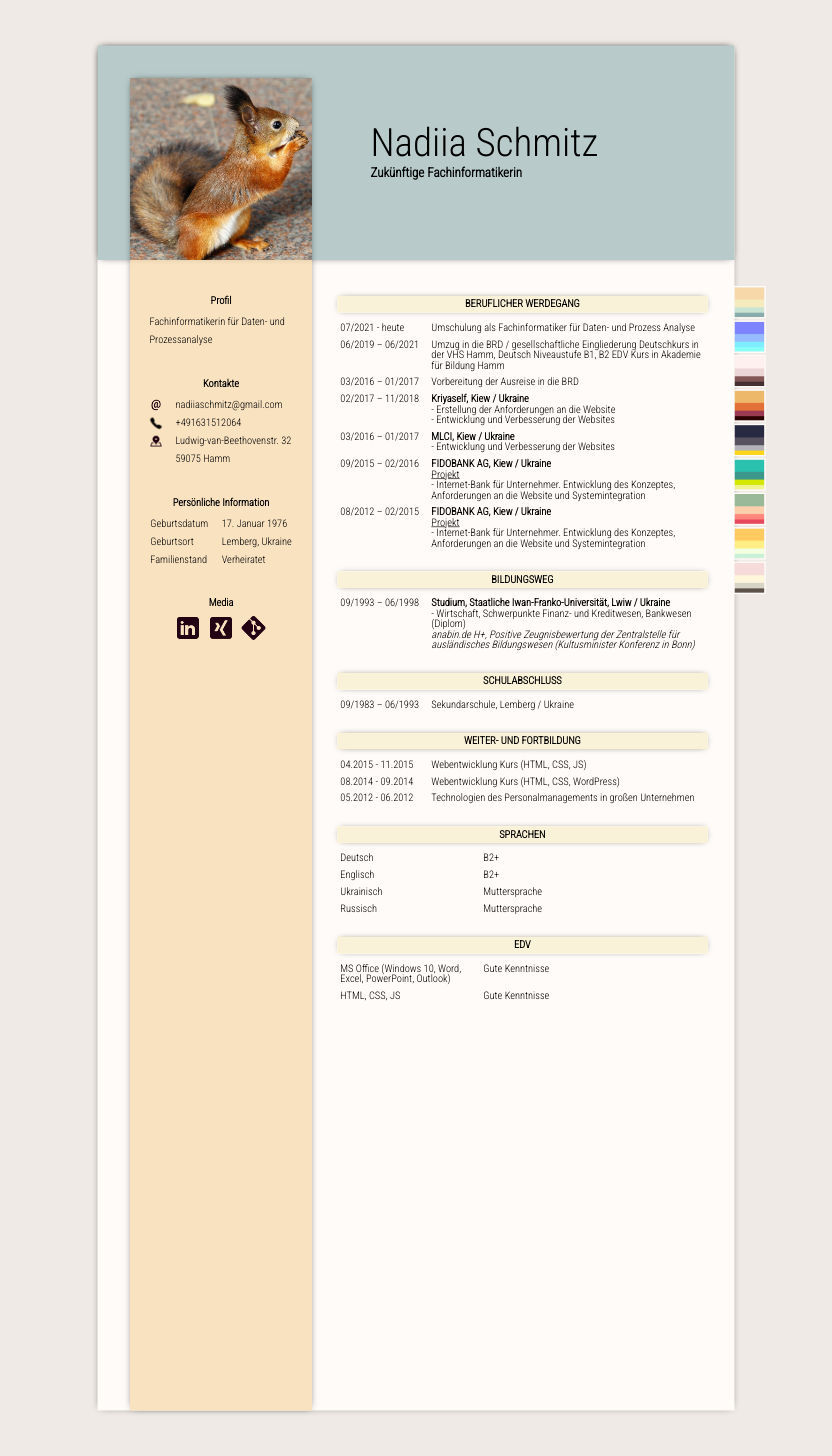
Repository: NadiaSchmitz/lebenslauf.nschmitz.githab.io
Page: index.html
The author's editor kept a record of every edit. The page is drawn from the files as they stood at one moment, then again after the next edit.
The browser window is 1280 px wide. The pictures show the whole page, at 65% of full size.

Above is the page before.

### index.html
<!DOCTYPE html>
<html>

<head>
  <meta charset="utf-8" />
  <title>Lebenslauf Nadiia Schmitz</title>
  <link rel="stylesheet" href="./styles/reset.css" type="text/css" />
  <link rel="stylesheet" href="./styles/style.css" type="text/css" />
  <link rel="stylesheet" href="./styles/icons.css" type="text/css" />
  <meta name="viewport" content="width=device-width, initial-scale=1.0">
  <link rel="preconnect" href="https://fonts.googleapis.com">
  <link rel="preconnect" href="https://fonts.gstatic.com" crossorigin>
  <link href="https://fonts.googleapis.com/css2?family=Roboto+Condensed:wght@300&display=swap" rel="stylesheet">
  <link rel="shortcut icon" href="images/favicon.png" type="image/x-icon">
  <script src="https://ajax.googleapis.com/ajax/libs/jquery/2.2.0/jquery.min.js"></script>
  <script type="text/javascript" src="./js/colors.js"></script>
</head>

<body>
  <section class="wrapper">
    <section class="inner_wrapper">
      <div class="content_wrapper">
        <header class="header">
          <div class="header_text">
            <h1>Nadiia Schmitz</h1>
            <h2>Zukünftige Fachinformatikerin</h2>
          </div>
        </header>
        <div class="color_schema_buttons_wrapper">
          <div id="pistachios" class="color_schema_button pistachios" title="pistachios"></div>
          <div id="sea" class="color_schema_button sea" title="sea"></div>
          <div id="cappuchino" class="color_schema_button cappuchino" title="cappuchino"></div>
          <div id="autumn" class="color_schema_button autumn" title="autumn"></div>
          <div id="bvb" class="color_schema_button bvb" title="bvb"></div>
          <div id="lime" class="color_schema_button lime" title="lime"></div>
          <div id="summer" class="color_schema_button summer" title="summer"></div>
          <div id="sun" class="color_schema_button sun" title="sun"></div>
          <div id="pastel" class="color_schema_button pastel" title="pastel"></div>
        </div>
        <div class="lebenslauf_wrapper">
          <div class="sidebar sidebar_left">
            <div class="sidebar_foto"></div>
            <div class="sidebar_content">
              <div class="sidebar_content_item profile">
                <h3>Profil</h3>
                <table>
                  <tr>
                    <td col="2">Fachinformatikerin für Daten- und Prozessanalyse</td>
                  </tr>
                </table>
              </div>
              <div class="sidebar_content_item contacts">
                <h3>Kontakte</h3>
                <table>
                  <tr>
                    <td>
                      <span class="sidebar_content_item_icon contacts_email"></span>
                    </td>
                    <td>nadiiaschmitz@gmail.com</td>
                  </tr>
                  <tr>
                    <td>
                      <span class="sidebar_content_item_icon contacts_phone"></span>
                    </td>
                    <td>+491631512064</td>
                  </tr>
                  <tr>
                    <td>
                      <span class="sidebar_content_item_icon contacts_adress"></span>
                    </td>
                    <td>Ludwig-van-Beethovenstr. 32 59075 Hamm</td>
                  </tr>
                </table>
              </div>
              <div class="sidebar_content_item personal">
                <h3>Persönliche Information</h3>
                <table>
                  <tr>
                    <td>Geburtsdatum</td>
                    <td>17. Januar 1976</td>
                  </tr>
                  <tr>
                    <td>Geburtsort</td>
                    <td>Lemberg, Ukraine</td>
                  </tr>
                  <tr>
                    <td>Familienstand</td>
                    <td>Verheiratet</td>
                  </tr>
                </table>
              </div>
              <div class="sidebar_content_item social">
                <h3>Media</h3>
                <table>
                  <tr>
                    <td><a href="https://www.linkedin.com/in/nadiia-schmitz-93491722" class="linkedin" target="_blank"></a></td>
                    <td><a href="https://www.xing.com/profile/Nadiia_Schmitz3" class="xing" target="_blank"></a></td>
                    <td><a href="https://github.com/NadiaSchmitz" class="git" target="_blank"></a></td>
                  </tr>
                </table>
              </div>
            </div>
          </div>
          <div class="sidebar sidebar_right">
            <div class="sidebar_right_content">
              <div class="sidebar_right_content_item">
                <h4>BERUFLICHER WERDEGANG</h4>
                <table>
                  <tr>
                    <td>07/2021 - heute</td>
                    <td>Umschulung als Fachinformatiker für Daten- und Prozess Analyse</td>
                  </tr>
                  <tr>
                    <td>06/2019 – 06/2021</td>
                    <td>Umzug in die BRD / gesellschaftliche Eingliederung Deutschkurs in der VHS Hamm, Deutsch Niveaustufe B1, B2 EDV Kurs in Akademie für Bildung Hamm
                    </td>
                  </tr>
                  <tr>
                    <td>03/2016 – 01/2017</td>
                    <td>Vorbereitung der Ausreise in die BRD</td>
                  </tr>
                  <tr>
                    <td>02/2017 – 11/2018</td>
                    <td>
                      <span class="employer">Kriyaself, Kiew / Ukraine</span>
                      <ul>
                        <li>- Erstellung der Anforderungen an die Website</li>
                        <li>- Entwicklung und Verbesserung der Websites</li>
                      </ul>
                    </td>
                  </tr>
                  <tr>
                    <td>03/2016 – 01/2017</td>
                    <td>
                      <span class="employer">MLCI, Kiew / Ukraine</span>
                      <ul>
                        <li>- Entwicklung und Verbesserung der Websites</li>
                      </ul>
                    </td>
                  </tr>
                  <tr>
                    <td>09/2015 – 02/2016</td>
                    <td>
                      <span class="employer">FIDOBANK AG, Kiew / Ukraine</span>
                      <ul>
                        <span class="project">Projekt</span>
                        <li>- Internet-Bank für Unternehmer. Entwicklung des Konzeptes, Anforderungen an die Website und Systemintegration</li>
                      </ul>
                    </td>
                  </tr>
                  <tr>
                    <td>08/2012 – 02/2015</td>
                    <td>
                      <span class="employer">FIDOBANK AG, Kiew / Ukraine</span>
                      <ul>
                        <span class="project">Projekt</span>
                        <li>- Internet-Bank für Unternehmer. Entwicklung des Konzeptes, Anforderungen an die Website und Systemintegration</li>
                      </ul>
                    </td>
                  </tr>
                </table>
              </div>
              <div class="sidebar_right_content_item">
                <h4>BILDUNGSWEG</h4>
                <table>
                  <tr>
                    <td>09/1993 – 06/1998</td>
                    <td>
                      <span class="employer">Studium, Staatliche Iwan-Franko-Universität, Lwiw / Ukraine</span>
                      <ul>
                        <li>- Wirtschaft, Schwerpunkte Finanz- und Kreditwesen, Bankwesen (Diplom)</li>
                        <li class="addition">anabin.de H+, Positive Zeugnisbewertung der Zentralstelle für ausländisches Bildungswesen (Kultusminister Konferenz in Bonn)</li>
                      </ul>
                    </td>
                  </tr>
                </table>
              </div>
              <div class="sidebar_right_content_item">
                <h4>SCHULABSCHLUSS</h4>
                <table>
                  <tr>
                    <td>09/1983 – 06/1993</td>
                    <td>Sekundarschule, Lemberg / Ukraine</td>
                  </tr>
                </table>
              </div>
              <div class="sidebar_right_content_item">
                <h4>WEITER- UND FORTBILDUNG</h4>
                <table>
                  <tr>
                    <td>04.2015 - 11.2015</td>
                    <td>Webentwicklung Kurs (HTML, CSS, JS)</td>
                  </tr>
                  <tr>
                    <td>08.2014 - 09.2014</td>
                    <td>Webentwicklung Kurs (HTML, CSS, WordPress)</td>
                  </tr>
                  <tr>
                    <td>05.2012 - 06.2012</td>
                    <td>Technologien des Personalmanagements in großen Unternehmen</td>
                  </tr>
                </table>
              </div>
              <div class="sidebar_right_content_item lang">
                <h4>SPRACHEN</h4>
                <table>
                  <tr>
                    <td>Deutsch</td>
                    <td>B2+</td>
                  </tr>
                  <tr>
                    <td>Englisch</td>
                    <td>B2+</td>
                  </tr>
                  <tr>
                    <td>Ukrainisch</td>
                    <td>Muttersprache</td>
                  </tr>
                  <tr>
                    <td>Russisch</td>
                    <td>Muttersprache</td>
                  </tr>
                </table>
              </div>
              <div class="sidebar_right_content_item edv">
                <h4>EDV</h4>
                <table>
                  <tr>
                    <td>MS Office (Windows 10, Word, Excel, PowerPoint, Outlook)</td>
                    <td>Gute Kenntnisse</td>
                  </tr>
                  <tr>
                    <td>HTML, CSS, JS</td>
                    <td>Gute Kenntnisse</td>
                  </tr>
                </table>
              </div>
            </div>
          </div>
        </div>
      </div>
    </section>
  </section>
</body>

</html>

### styles/reset.css
html, body, div, span, applet, object, iframe,
h1, h2, h3, h4, h5, h6, p, blockquote, pre,
a, abbr, acronym, address, big, cite, code,
del, dfn, em, img, ins, kbd, q, s, samp,
small, strike, strong, sub, sup, tt, var,
b, u, i, center,
dl, dt, dd, ol, ul, li,
fieldset, form, label, legend,
table, caption, tbody, tfoot, thead, tr, th, td,
article, aside, canvas, details, embed,
figure, figcaption, footer, header, hgroup,
menu, nav, output, ruby, section, summary,
time, mark, audio, video {
	margin: 0;
	padding: 0;
	box-sizing: border-box;
	border: 0;
	font-size: 100%;
	font: inherit;
	vertical-align: baseline;
}
/* HTML5 display-role reset for older browsers */
article, aside, details, figcaption, figure,
footer, header, hgroup, menu, nav, section {
	display: block;
}
body {
	line-height: 1;
}
ol, ul {
	list-style: none;
}
blockquote, q {
	quotes: none;
}
blockquote:before, blockquote:after,
q:before, q:after {
	content: '';
	content: none;
}
table {
	border-collapse: collapse;
	border-spacing: 0;
}

### styles/style.css
html {
  font-family: 'Roboto Condensed', sans-serif;
  background-color: #efeae5;
}

.wrapper {}

.inner_wrapper {
  width: 980px;
  margin: 70px auto;
}

@media only screen and (max-width: 1080px) {
  .inner_wrapper {
    width: 900px;
    margin: 30px auto;
  }
}

@media only screen and (max-width: 900px) {
  .inner_wrapper {
    width: 100%;
    margin: 0;
  }
}

.content_wrapper {
  position: relative;
  background-color: #fffbf8;
  -webkit-box-shadow: 0px 0px 12px -5px rgba(0, 0, 0, 0.75);
  -moz-box-shadow: 0px 0px 12px -5px rgba(0, 0, 0, 0.75);
  box-shadow: 0px 0px 12px -5px rgba(0, 0, 0, 0.75);
}

.header {
  height: 330px;
  background-color: rgb(135 170 170 / 59%);
  -webkit-box-shadow: 0px 0px 12px -5px rgba(0, 0, 0, 0.75);
  -moz-box-shadow: 0px 0px 12px -5px rgba(0, 0, 0, 0.75);
  box-shadow: 0px 0px 12px -5px rgba(0, 0, 0, 0.75);
}

@media only screen and (max-width: 1080px) {
  .header {
    height: 280px;
  }
}

@media only screen and (max-width: 900px) {
  .header {
    height: 580px;
    padding: 60px 0 0 0;
  }
}

@media only screen and (max-width: 480px) {
  .header {
    padding: 70px 0 0 0;
  }
}

.header_text {
  margin: 0 0 0 420px;
  padding: 120px 0 0 0;
}

@media only screen and (max-width: 1080px) {
  .header_text {
    margin: 0 0 0 380px;
    padding: 100px 0 0 0;
  }
}

@media only screen and (max-width: 900px) {
  .header_text {
    text-align: center;
    margin: 0;
    padding: 0;
  }
}

h1 {
  color: #000000;
  font-size: 60px;
  margin: 0 0 5px 0;
}

@media only screen and (max-width: 900px) {
  h1 {
    font-size: 50px;
  }
}

@media only screen and (max-width: 480px) {
  h1 {
    font-size: 36px;
    font-weight: 700;
  }
}

h2 {
  color: #000000;
  font-size: 20px;
  font-weight: 600;
}

@media only screen and (max-width: 480px) {
  h2 {
    font-size: 16px;
  }
}

.sidebar {
  display: inline-block;
  vertical-align: top;
}

@media only screen and (max-width: 900px) {
  .lebenslauf_wrapper {
    padding: 0 30px 30px 30px;
  }
}

@media only screen and (max-width: 480px) {
  .lebenslauf_wrapper {
    padding: 0 15px 15px 15px;
  }
}

@media only screen and (max-width: 360px) {
  .lebenslauf_wrapper {
    padding: 0 10px 10px 10px;
  }
}

.sidebar_left {
  width: 280px;
  height: 2050px;
  background-color: rgb(246 215 167 / 68%);
  -webkit-box-shadow: 0px 0px 12px -5px rgba(0, 0, 0, 0.75);
  -moz-box-shadow: 0px 0px 12px -5px rgba(0, 0, 0, 0.75);
  box-shadow: 0px 0px 12px -5px rgba(0, 0, 0, 0.75);
  margin: -280px 0 0 50px;
}

@media only screen and (max-width: 1080px) {
  .sidebar_left {
    width: 250px;
    margin: -250px 0 0 30px;
  }
}

@media only screen and (max-width: 900px) {
  .sidebar_left {
    width: 100%;
    height: auto;
    margin: -380px 0 0 0;
  }
}

.sidebar_foto {
  width: 280px;
  height: 280px;
  background-image: url(../images/foto.jpg);
  background-position: 50%;
  background-size: cover;
}

@media only screen and (max-width: 1080px) {
  .sidebar_foto {
    width: 250px;
    height: 250px;
  }
}

@media only screen and (max-width: 900px) {
  .sidebar_foto {
    width: 350px;
    height: 350px;
    margin: 30px auto 0;
  }
}

@media only screen and (max-width: 480px) {
  .sidebar_foto {
    width: 320px;
    height: 320px;
  }
}

@media only screen and (max-width: 360px) {
  .sidebar_foto {
    width: 100%;
  }
}

.sidebar_content {
  padding: 55px 30px 30px 30px;
}

@media only screen and (max-width: 1080px) {
  .sidebar_content {
    padding: 45px 20px 20px 20px;
  }
}

@media only screen and (max-width: 900px) {
  .sidebar_content {
    padding: 50px 20px 20px 20px;
  }
}

@media only screen and (max-width: 480px) {
  .sidebar_content {
    padding: 80px 20px 20px 20px;
  }
}

.sidebar_content_item {
  margin: 0 0 30px 0;
  padding: 0 0 15px 0;
}

.sidebar_content_item:last-of-type {
  border-bottom: 1px solid transparent;
  margin: 0;
}

h3 {
  color: #000000;
  font-size: 16px;
  font-weight: 600;
  text-align: center;
  margin: 0 0 10px 0;
}

.sidebar_content_item table {
  margin: 0 auto;
}

.sidebar_content_item table td {
  height: 28px;
  font-size: 16px;
  line-height: 28px;
}

@media only screen and (max-width: 360px) {
  .sidebar_content_item table td {
    font-size: 14px;
  }
}

.profile table td {
  width: 100%;
}

.contacts table td:nth-of-type(1) {
  width: 40px;
}

.personal table td:nth-of-type(1) {
  width: 110px;
}

.social table {
  margin: 0 auto;
}

.social table td {
  width: 33%;
  padding: 0 5px 0 5px;
}

.social table td a {
  display: inline-block;
  width: 40px;
  height: 40px;
  background-size: contain;
  background-position: 50%;
  cursor: pointer;
}

.sidebar_content_item_icon {
  display: inline-block;
  vertical-align: middle;
  width: 20px;
  height: 20px;
  background-size: contain;
  background-position: 50%;
}

.sidebar_right {
  width: calc(100% - 280px - 60px);
  padding: 55px 35px 35px 35px;
}

@media only screen and (max-width: 1080px) {
  .sidebar_right {
    width: calc(100% - 250px - 35px);
    padding: 40px 75px 20px 20px;
  }
}

@media only screen and (max-width: 900px) {
  .sidebar_right {
    width: 100%;
    padding: 40px 20px 50px 20px;
  }
}

@media only screen and (max-width: 480px) {
  .sidebar_right {
    width: 100%;
    padding: 60px 0 50px 0;
  }
}

.sidebar_right_content_item {
  margin: 0 0 30px 0;
}

.sidebar_right_content_item h4 {
  color: #000000;
  font-size: 16px;
  font-weight: 600;
  text-align: center;
  background-color: rgb(246 234 190 / 54%);
  -webkit-box-shadow: 0px 0px 12px -5px rgba(0, 0, 0, 0.75);
  -moz-box-shadow: 0px 0px 12px -5px rgba(0, 0, 0, 0.75);
  box-shadow: 0px 0px 12px -5px rgba(0, 0, 0, 0.75);
  margin: 0 0 10px 0;
  padding: 5px;
}

.sidebar_right_content_item table tr td {
  font-size: 16px;
  padding: 5px;
}

.sidebar_right_content_item .employer {
  font-weight: 700;
}

.sidebar_right_content_item .project {
  text-decoration: underline;
}

.sidebar_right_content_item .addition {
  font-style: italic;
}

@media only screen and (max-width: 360px) {
  .sidebar_right_content_item table tr td {
    font-size: 14px;
  }
}

.sidebar_right_content_item table tr td:nth-of-type(1) {
  width: 140px;
}

@media only screen and (max-width: 360px) {
  .sidebar_right_content_item table tr td:nth-of-type(1) {
    width: 120px;
  }
}

.edv {
  width: 100%;
}

.lang table tr td:nth-of-type(1),
.edv table tr td:nth-of-type(1) {
  width: 220px;
}

@media only screen and (max-width: 360px) {
  .lang table tr td:nth-of-type(1),
  .edv table tr td:nth-of-type(1) {
    width: 170px;
  }
}

.color_schema_buttons_wrapper {
  position: absolute;
  right: -48px;
  top: 370px;
}

@media only screen and (max-width: 1080px) {
  .color_schema_buttons_wrapper {
    right: 0;
    top: 282px;
  }
}

@media only screen and (max-width: 900px) {
  .color_schema_buttons_wrapper {
    right: 0;
    top: 600px;
  }
}

@media only screen and (max-width: 360px) {
  .color_schema_buttons_wrapper {
    display: none;
  }
}

.color_schema_button {
  width: 50px;
  height: 50px;
  background-position: 50%;
  background-size: contain;
  border: 2px solid #fffbf8;
  margin: 0 0 3px 0;
}

@media only screen and (max-width: 1080px) {
  .color_schema_button {
    width: 40px;
    height: 40px;
  }
}

.pistachios {
  background-image: url(../images/pistachios.png);
}

.sea {
  background-image: url(../images/sea.png);
}

.cappuchino {
  background-image: url(../images/cappuchino.png);
}

.autumn {
  background-image: url(../images/autumn.png);
}

.bvb {
  background-image: url(../images/bvb.png);
}

.lime {
  background-image: url(../images/lime.png);
}

.summer {
  background-image: url(../images/summer.png);
}

.sun {
  background-image: url(../images/sun.png);
}

.pastel {
  background-image: url(../images/pastel.png);
}

### js/colors.js
var colorSchemeArray = [];
colorSchemeArray = [{
    schemeName: "standart",
    colorHeader: "rgb(135 170 170 / 59%)",
    colorSidebarLeft: "rgb(246 215 167 / 68%)",
    colorTopic: "rgb(246 234 190 / 54%)"
  },

  {
    schemeName: "sea",
    colorHeader: "rgb(124 131 253 / 58%)",
    colorSidebarLeft: "rgba(125, 237, 255, 0.53)",
    colorTopic: "rgb(150 186 255 / 52%)"
  },

  {
    schemeName: "cappuchino",
    colorHeader: "rgba(131, 88, 88, 0.7)",
    colorSidebarLeft: "#EBD4D4",
    colorTopic: "#FFF0F0"
  },

  {
    schemeName: "autumn",
    colorHeader: "rgb(156 61 84 / 76%)",
    colorSidebarLeft: "rgb(226 112 58 / 62%)",
    colorTopic: "rgb(238 183 107 / 75%)"
  },

  {
    schemeName: "bvb",
    colorHeader: "#595260",
    colorSidebarLeft: "#FFD523",
    colorTopic: "#B2B1B9",
  },

  {
    schemeName: "lime",
    colorHeader: "rgb(46 193 172 / 51%)",
    colorSidebarLeft: "rgb(210 230 3 / 49%)",
    colorTopic: "rgb(239 244 142 / 53%)",
  },

  {
    schemeName: "summer",
    colorHeader: "rgb(255 132 124 / 85%)",
    colorSidebarLeft: "rgb(153 184 152 / 65%)",
    colorTopic: "#FECEAB",
  },

  {
    schemeName: "sun",
    colorHeader: "#FFEC85",
    colorSidebarLeft: "#C9F0D6",
    colorTopic: "#F2FFDF",
  },

  {
    schemeName: "pastel",
    colorHeader: "#F7DAD9",
    colorSidebarLeft: "#FFF5DA",
    colorTopic: "#D6D2C4",
  }
]

// console.log(colorSchemeArray.length)

$(document).ready(function() {
  $(".color_schema_button").click(function() {
    var buttonId = $(this).attr('id');
    console.log(buttonId);
    for (var i = 0; i < colorSchemeArray.length; i++) {
      console.log(colorSchemeArray[i].schemeName)
      if (buttonId == colorSchemeArray[i].schemeName) {
        var styleId = i;
        $('.header').css('backgroundColor', colorSchemeArray[styleId].colorHeader);
        $('.sidebar_left').css('backgroundColor', colorSchemeArray[styleId].colorSidebarLeft);
        $('h4').css('backgroundColor', colorSchemeArray[styleId].colorTopic);
      }
    }
  });
})

Loaded but not shown: styles/icons.css (library)

After the next edit:
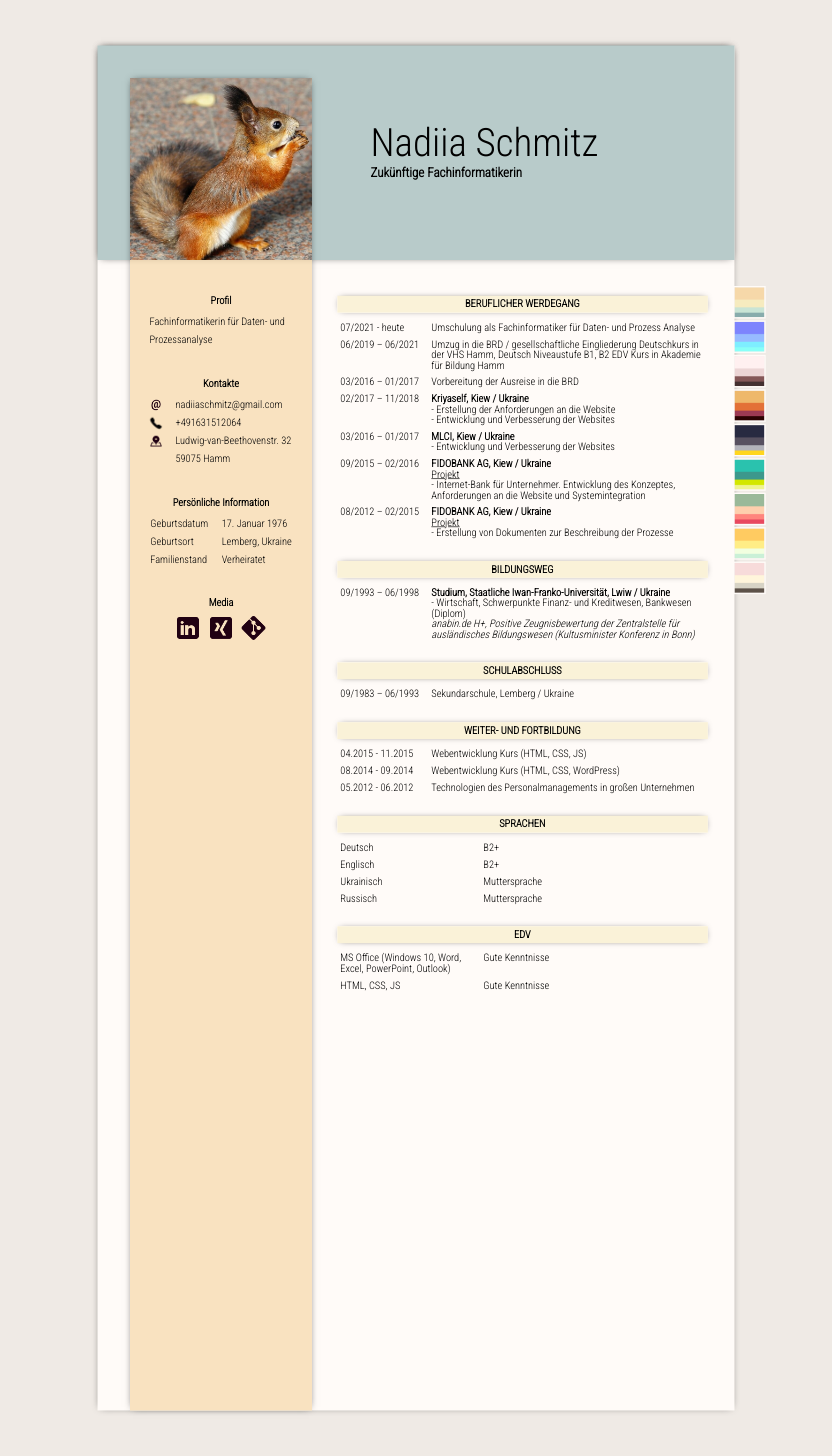
The edit:
--- a/index.html
+++ b/index.html
@@ -154,7 +154,10 @@
                       <span class="employer">FIDOBANK AG, Kiew / Ukraine</span>
                       <ul>
                         <span class="project">Projekt</span>
-                        <li>- Internet-Bank für Unternehmer. Entwicklung des Konzeptes, Anforderungen an die Website und Systemintegration</li>
+                        <li>-	Erstellung von Dokumenten zur Beschreibung der Prozesse</li>
+                        <li></li>
+                        <li></li>
+                        <li></li>
                       </ul>
                     </td>
                   </tr>
